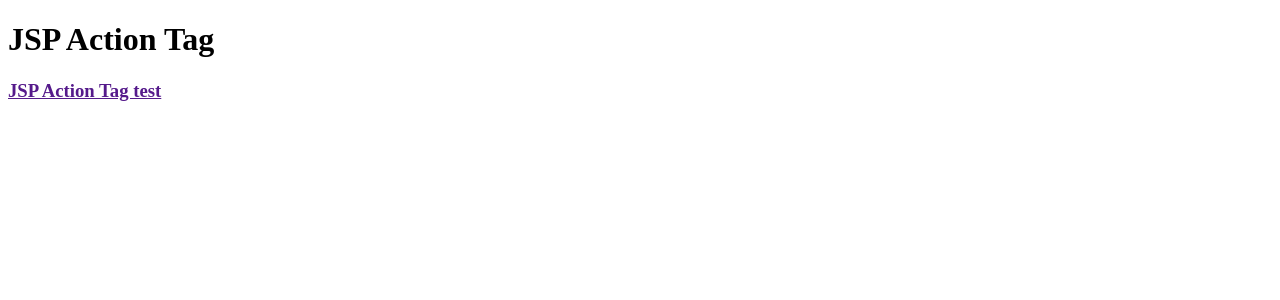
Repository: sonchanmi/JSP
Page: http://localhost/chap02-el-jstl/
These files come from the project's save history. The page is drawn as it stood at one moment and after the next save; the edit follows.
The browser window is 1280 px wide. The pictures show the whole page.
The page is served by Tomcat 10. Other server files are loaded and not shown.

Above is the page before, as saved 2024-06-10 03:07:41.

### chap02-el-jstl/src/main/webapp/index.jsp
<%@ page language="java" contentType="text/html; charset=UTF-8"
    pageEncoding="UTF-8"%>
<!DOCTYPE html>
<html>
<head>
<meta charset="UTF-8">
<title>EL & JSTL</title>
</head>
<body>
  <h1>JSP Action Tag</h1>
  <h3><a href="">JSP Action Tag test</a></h3>

  <br>
</body>
</html>

After the next save:
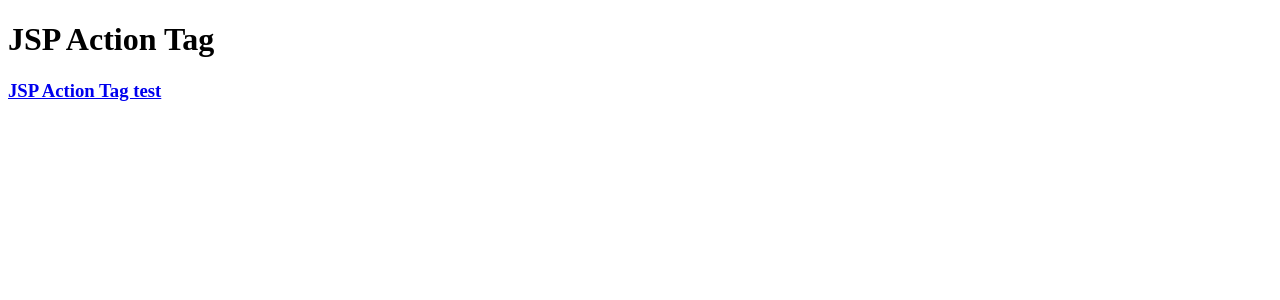
Saved 18 s later.
--- a/chap02-el-jstl/src/main/webapp/index.jsp
+++ b/chap02-el-jstl/src/main/webapp/index.jsp
@@ -8,7 +8,7 @@
 </head>
 <body>
   <h1>JSP Action Tag</h1>
-  <h3><a href="">JSP Action Tag test</a></h3>
+  <h3><a href="views/action/testAction.jsp">JSP Action Tag test</a></h3>
 
   <br>
 </body>
